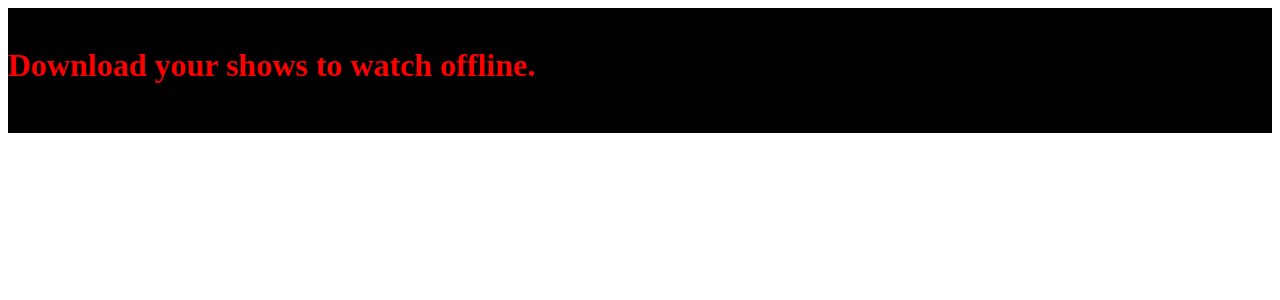
Repository: mgnkgn/netflix-clone
Page: index.html
An editor plug-in stored every save of this project. The page is shown before and after the next save, followed by the edit.
The browser window is 1280 px wide. The pictures show the whole page.

Above is the page before, as saved 2022-09-20 22:43:35.

After the next save:
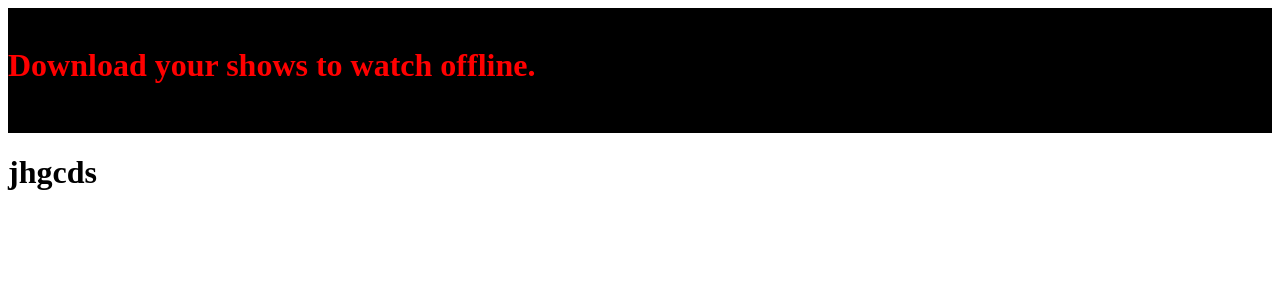
Saved 28 s later.
--- a/index.html
+++ b/index.html
@@ -14,5 +14,8 @@
       <h1>Download your shows to watch offline.</h1>
       <h2>Save your favorites easily and always have something to watch.</h2>
     </div>
+    <div class="tat">
+      <h1>jhgcds</h1>
+    </div>
   </body>
 </html>

After the save that followed:
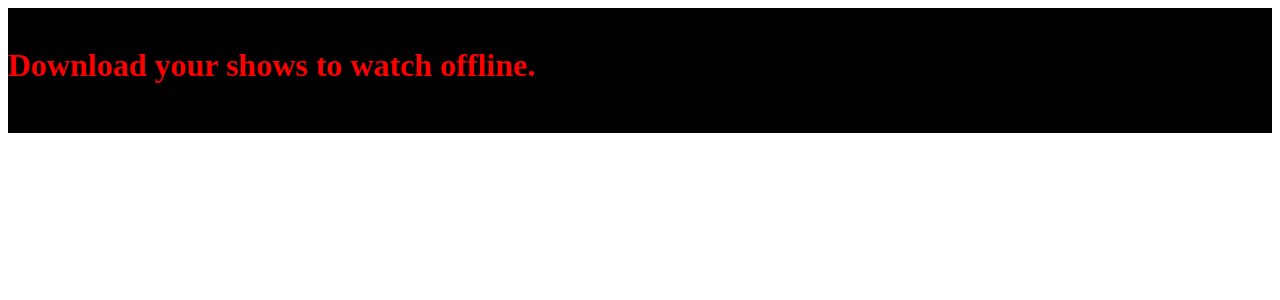
Saved 17 s later.
--- a/index.html
+++ b/index.html
@@ -14,8 +14,5 @@
       <h1>Download your shows to watch offline.</h1>
       <h2>Save your favorites easily and always have something to watch.</h2>
     </div>
-    <div class="tat">
-      <h1>jhgcds</h1>
-    </div>
   </body>
 </html>
